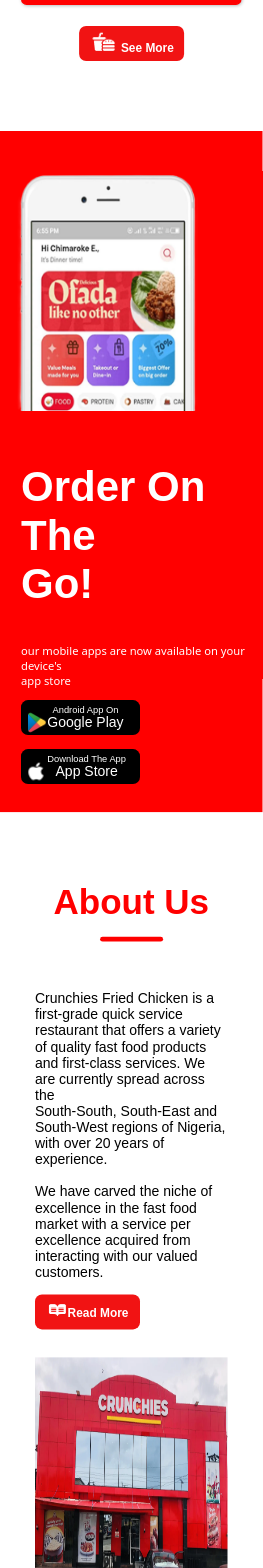
Repository: trenzyfx1/crunches-online-
Page: index.html
The author's editor kept a copy of each file at every save. The page is drawn from the files as they stood at one save, then again after the next save.
The browser window is 375 px wide. The pictures show the part of the page from y = 3023 to 5263 px (the page is 9160 px tall before and 8756 px after), at 70% of full size.

Above is the page before, as saved 2025-04-13 17:25:33.

### index.html
<!DOCTYPE html>
<html lang="en">

<head>
    <meta charset="UTF-8">
    <meta name="viewport" content="width=device-width, initial-scale=1.0">
    <link rel="icon" href="./images/logo-red.webp" type="image">
    <link rel="stylesheet" href="./style.css">
    <title>Crunches Fried Chicken | Order food online</title>
</head>

<body class="full-body">
    <header class="desktop-header">
        <nav>
            <div class="logo">
                <div>
                    <a href="#"><img width="80px" src="./images/logo-red.webp" alt=""></a>
                </div>
                <div class="logo2">
                    <div class="location">
                        <img width="20px" src="./images/location.png" alt="">
                    </div>
                    <div>
                        <h4>Port Harcourt</h4>
                    </div>
                </div>
            </div>
            <div class="menu">
                <ul>
                    <li><a href="">home</a></li>
                    <li><a href="">menu</a></li>
                    <li><a href="">offers</a></li>
                    <li><a href="">fan club</a></li>
                    <li><a href="">blog</a></li>
                    <li><a href="">about us</a></li>
                    <li><a href="">my account</a></li>
                    <li><a href="">support</a></li>
                </ul>
                <div>
                    <button class="order-now" type="button">order now</button>
                </div>
                <div class="cart">
                    <img width="30px" src="./images/cart.png" alt="">
                </div>
            </div>
        </nav>
    </header>
    <header class="mobile-header">
        <nav class="nav1">
            <div class="logo">
                <div>
                    <a href="#"><img width="80px" src="./images/logo-red.webp" alt=""></a>
                </div>
            </div>
            <div class="menu-icon" id="menu-icon">
                <div class="line"></div>
                <div class="line"></div>
                <div class="line"></div>
            </div>
            <div class="menu" id="menu">
                <ul>
                    <li><a href="">blog</a></li>
                    <li><a href="">home</a></li>
                    <li><a href="">menu</a></li>
                    <li><a href="">offers</a></li>
                    <li><a href="">support</a></li>
                    <li><a href="">fan club</a></li>
                    <li><a href="">about us</a></li>
                    <li><a href="">my account</a></li>
                </ul>
                <div class="order-now1">
                    <button class="order-now" type="button">order now</button>
                </div>
                <div class="cart">
                    <img width="30px" src="./images/cart.png" alt="">
                </div>
            </div>
        </nav>
    </header>
    <section>
        <div class="head">
            <div class="section1">
                <div>
                    <h3 class="welcome">welcome to <span>Crunchies!</span></h3>
                    <h1>Taste the Difference...</h1>
                </div>
                <div>
                    <p>how would you like to receive your order? </p>
                    <div class="button1">
                        <button class="delivery" type="button">
                            <img class="delivery-img" width="40%" src="./images/Capture.PNG" alt="">
                            <br>delivery
                        </button>
                        <button class="pickup" type="button">
                            <img class="pickup-img" width="33%" src="./images/Capture1.PNG" alt="">
                            <br>pickup
                        </button>
                    </div>
                </div>
            </div>
            <div>
                <img class="woman" src="./images/woman.PNG" alt="">
            </div>
        </div>
    </section>
    <section class="discover">
        <h1 class="h1">discover our menu</h1>
        <div class="underline"></div>
        <div class="section2">
            <div class="food-section">
                <img class="foods" src="./images/food.jpg" alt="">
                <h1>food</h1>
            </div>
            <div class="food-section">
                <img class="foods" src="./images/protein.jpg" alt="">
                <h1>protein</h1>
            </div>
            <div class="food-section">
                <img class="foods" src="./images/pastries.jpg" alt="">
                <h1>pastries</h1>
            </div>
        </div>
        <div class="section2 s2">
            <div class="food-section">
                <img class="foods" src="./images/cakes.jpg" alt="">
                <h1>cakes</h1>
            </div>
            <div class="food-section">
                <img class="foods" src="./images/sharwama.jpg" alt="">
                <h1>sharwama</h1>
            </div>
            <div class="food-section">
                <img class="foods" src="./images/bread.jpg" alt="">
                <h1>bread</h1>
            </div>
        </div>
        <div class="see-more1">
            <button class="see-more" type="button">
                <img class="see-more-img" width="30%" src="./images/drink.png" alt="">
                see more
            </button>
        </div>
    </section>
    <section class="section3">
        <div class="phone1">
            <img class="phone" src="./images/phone.png" alt="">
        </div>
        <div class="order1">
            <h1 class="h1-1">order on the <br> go!</h1>
            <h1 class="h1-2">order on the go!</h1>
            <p>our mobile apps are now available on your device's <br> app store</p>
            <div>
                <div class="download">
                    <div>
                        <button class="playstore" type="button">
                            <img class="playstore-img" width="20%" src="./images/playstore.png" alt="">
                            <div>
                                android app on
                                <br><span class="span2">google play</span>
                            </div>
                        </button>
                    </div>
                    <div>
                        <button class="apple" type="button">
                            <img width="20%" class="apple-img" src="./images/apple.png" alt="">
                            <div>
                                download the app
                                <br><span class="span2">app store</span>
                            </div>
                        </button>
                    </div>
                </div>
            </div>
        </div>
    </section>
    <section class="about-us">
        <h1 class="h1">about us</h1>
        <div class="underline"></div>
        <div class="section4">
            <div  class="products">
                <div>
                    <p>
                        Crunchies Fried Chicken is a first-grade quick service <br> restaurant that offers a variety of
                        quality
                        fast
                        food products <br> and first-class services. We are currently spread across the <br>
                        South-South,
                        South-East and
                        South-West regions of Nigeria, <br> with over 20 years of experience. <br><br>
                        We have carved the niche of excellence in the fast food <br> market with a service per
                        excellence
                        acquired
                        from <br> interacting with our valued customers.
                    </p>
                </div>
                <div>
                    <button class="shop-button" type="button">
                        <img width="30px" class="sbutton-img" src="./images/read.png" alt="">read more
                    </button>
                </div>
            </div>
            <div class="shop">
                <img class="shop-img" src="./images/shop.webp" alt="">
            </div>
        </div>
    </section>
    <section class="section5">
        <div class="eat-section">
            <img class="section5-img" src="./images/woman2.png" alt="">
        </div>
        <div class="eat-section">
            <img class="section5-img" src="./images/chicken.png" alt="">
        </div>
        <div class="eat-section">
            <img class="section5-img" src="./images/woman3.jpg" alt="">
        </div>
        <div class="eat-section">
            <img class="section5-img" src="./images/car.jpg" alt="">
        </div>
    </section>
    <section class="section6">
        <div>
            <img class="food2" src="./images/food2.png" alt="">
            <div class="first">
                <h1>Subsribe to our Newsletter</h1>
                <p>Be the first to get lucky on our amazing offers</p>
            </div>
        </div>
        <div class="email">
            <input type="text" placeholder="Email Address">
            <div><button class="subsribe" type="button">subsribe now</button></div>
        </div>
    </section>
    <footer>
        <div class="footer">
            <div class="Crunches">
                <img width="180px" src="./images/logo-white.webp" alt="">
                <h1>opening hours</h1>
                <p>mondays to sundays <br> 7:00am to 9:00pm</p>
                <h1>contact us</h1>
                <p>rolemodel987@gmail.com <br> +2347047889687</p>
            </div>
            <div class="quick">
                <div>
                    <h1>quick navigation</h1>
                    <ul>
                        <li><a href="">careers</a></li>
                        <li><a href="">fan club</a></li>
                        <li><a href="">offers</a></li>
                        <li><a href="">privacy policy</a></li>
                        <li><a href="">terms and condition</a></li>
                    </ul>
                </div>
                <div>
                    <div>
                        <h1>find us here</h1>
                    </div>
                    <div class="igs">
                        <div>
                            <img class="logo3" src="./images/ig.png" alt="">
                        </div>
                        <div>
                            <img class="logo3" src="./images/fb.png" alt="">
                        </div>
                        <div>
                            <img class="logo3" src="./images/in.png" alt="">
                        </div>
                        <div>
                            <img class="logo3" src="./images/x.png" alt="">
                        </div>
                        <div>
                            <img class="logo3" src="./images/tiktok.png" alt="">
                        </div>
                    </div>
                </div>
            </div>
            <div class="feedback">
                <h1>tell us how we're doing...</h1>
                <p>your feedback is valuable to us</p>
                <button class="submit" type="button">
                    <div>submit feedback</div> <img width="25px" src="./images/3star.png" alt="">
                </button>
            </div>
        </div>
        <div class="dear">
            <p>
                Dear customer, online order services are unavailable at this time. Our services will be active from 8am
                to 6pm. Thank you!
            </p>
        </div>
    </footer>

    <script src="./mobile.js"></script>
</body>

</html>

### style.css
body {
    width: 100%;
    margin: 0;
    padding: 0;
    overflow-x: hidden;
    height: 100vh;
    /* color: #fff; */
    /* font-family: 'Space Grotesk', sans-serif; */
    transition: background-color 0.3s, color 0.3s;
    scroll-behavior: smooth;
    /* background-color: #0a0a0a; */
}

header {
    position: fixed;
    top: 0;
    left: 0;
    height: 130px;
    width: 100%;
    z-index: 1000;
    box-shadow: 0 2px 5px rgb(0, 0, 0, 0.1);
    background-color: #fff;
}

.mobile-header {
    display: none;
}

nav {
    display: flex;
    flex-direction: row;
    justify-content: space-between;
    padding: 40px;
}

.logo2 {
    display: flex;
    flex-direction: row;
}

.logo {
    display: flex;
    flex-direction: row;
    gap: 50px;
}

.location {
    margin-top: 20px;
}

.menu {
    display: flex;
    flex-direction: row;
    gap: 50px;
}

.menu ul {
    display: flex;
    flex-direction: row;
    justify-content: space-around;
    gap: 20px;
}

.menu ul li {
    list-style: none;
}


.desktop-header .menu ul li a {
    display: inline-block;
    border-radius: 8px;
    font-family: sans-serif;
    font-weight: 550;
    text-decoration: none;
    color: red;
    text-transform: capitalize;
    padding: 10px;
    box-shadow: 1px 1px 5px rgba(0, 0, 0, 0.3);
    transition: transform 0.3s ease;
}

a:hover {
    transform: scale(1.15);
    box-shadow: 5px 5px 15px rgba(0, 0, 0, 0.5);
}


.mobile-header li:hover {
    transform: scale(1.02);
    box-shadow: 5px 5px 15px rgba(0, 0, 0, 0.5);
}

.order-now {
    border: none;
    border-radius: 10px;
    background-color: red;
    color: #fff;
    height: 48px;
    width: 150px;
    cursor: pointer;
    transition: background-color 0.5s ease, transform 0.3s ease;
    text-transform: capitalize;
    font-size: 17px;
    font-weight: bold;
}

button:hover {
    background-color: #000;
    color: red;
    transform: scale(1.01);
    box-shadow: 5px 5px 10px rgba(0, 0, 0, 0.5);
}

.mobile-header .order-now:hover {
    background-color: #fff;
    color: red;
    transform: scale(1.01);
    box-shadow: 5px 5px 10px rgba(0, 0, 0, 0.5);
}

.order-now,
.cart {
    margin-top: 10px;
}

.section1 {
    padding-left: 40px;
    padding-top: 100px;
}

.head {
    padding-top: 160px;
    padding-bottom: 70px;
    display: flex;
    flex-direction: row;
    justify-content: space-between;
}


.welcome {
    font-size: 35px;
    font-family: sans-serif;
    font-weight: lighter;
    color: red;
    line-height: 0;
}

.welcome span {
    font-weight: bold;
    text-transform: uppercase;
}

.section1 {
    display: flex;
    flex-direction: column;
    gap: 50px;
}

.section1 h1 {
    font-size: 100px;
    color: red;
    font-family: sans-serif;
    line-height: 0.9;
    margin: 0;

}

.section1 p {
    color: red;
    font-family: sans-serif;
}

.delivery,
.pickup {
    border: none;
    border-radius: 10px;
    background-color: rgb(241, 19, 19);
    color: #fff;
    height: 115px;
    width: 170px;
    cursor: pointer;
    transition: background-color 0.5s ease, transform 0.3s ease;
    text-transform: capitalize;
    font-size: 17px;
    font-weight: bold;
}

.delivery-img,
.pickup-img,
.see-more-img,
.apple-img,
.sbutton-img,
.logo3 {
    filter: invert(1) brightness(2);
}

.button1 {
    display: flex;
    gap: 30px;
}

.h1 {
    display: flex;
    justify-content: center;
    font-size: 50px;
    text-transform: capitalize;
    color: red;
    font-family: sans-serif;
    font-weight: bold;
    margin: 20px;
}

.underline {
    margin: auto;
    width: 90px;
    height: 7px;
    background-color: red;
    border-radius: 8px;

}

.section2 {
    margin-top: 50px;
    padding: 30px;
    display: flex;
    justify-content: center;
    text-align: center;
    flex-direction: row;
    gap: 40px;
    flex-wrap: wrap;


}

.food-section {
    display: block;
    border: 2px solid red;
    border-radius: 8px;
    background-color: red;
    font-family: sans-serif;
    color: #fff;
    text-transform: capitalize;
    box-shadow: 1px 1px 5px rgba(0, 0, 0, 0.3);
    transition: transform 0.3s ease;
}

.food-section:hover {
    transform: scale(1.05);
    box-shadow: 5px 5px 15px rgba(0, 0, 0, 0.5);
}

.foods {
    height: 180px;
    width: 300px;
}

.s2 {
    margin-top: -15px;
}

.see-more {
    border: none;
    border-radius: 10px;
    background-color: rgb(241, 19, 19);
    color: #fff;
    height: 50px;
    width: 150px;
    cursor: pointer;
    transition: background-color 0.5s ease, transform 0.3s ease;
    text-transform: capitalize;
    font-size: 17px;
    font-weight: bold;
}

.see-more1 {
    display: flex;
    justify-content: center;
}

.section3 {
    display: flex;
    flex-direction: row;
    justify-content: center;
    gap: 40px;
    background-color: red;
    margin: 100px 0;
    max-width: 100%;
}

.section3 .h1-2 {
    display: none;
}

.phone {
    height: 400px;
    width: 400px;
    margin: 0;
    padding: 0;
}

.phone1 {
    margin: 0;
    padding: 0;
}

.order1 {
    margin-top: 20px;
    padding: 0;
}

.order1 h1 {
    font-size: 60px;
    font-family: sans-serif;
    text-transform: capitalize;
    color: #fff;
}

.order1 p {
    color: #fff;
}

.playstore,
.apple {
    border: none;
    border-radius: 10px;
    background-color: #000;
    color: #fff;
    height: 50px;
    width: 170px;
    cursor: pointer;
    transition: background-color 0.5s ease, transform 0.3s ease;
    text-transform: capitalize;
    display: flex;
    align-items: center;

}

.playstore:hover,
.apple:hover {
    background-color: #fff;
    color: #000;
    transform: scale(1.01);
    box-shadow: 5px 5px 10px rgba(0, 0, 0, 0.5);
}


.playstore-img,
.apple-img {
    margin-top: 15px;
    padding: 0;
}

.span2 {
    font-size: 20px;
}

.download {
    display: flex;
    flex-direction: row;
    gap: 20px;
    flex-wrap: wrap;
}

.section4 {
    display: flex;
    flex-direction: row;
    justify-content: center;
    gap: 40px;
    padding: 50px;

}

.shop {
    display: flex;
    justify-content: center;
}

.shop-img {
    height: 400px;
}

.section4 p {
    font-family: sans-serif;
}

.shop-button {
    border: none;
    border-radius: 10px;
    background-color: rgb(241, 19, 19);
    color: #fff;
    height: 50px;
    width: 150px;
    cursor: pointer;
    transition: background-color 0.5s ease, transform 0.3s ease;
    text-transform: capitalize;
    font-size: 17px;
    font-weight: bold;
}

.section5-img {
    height: 400px;
    width: 100%;
    display: block;
    object-fit: cover;
    border-radius: 12px;
}

.section5 {
    background-color: #ffb6c1;
    margin-top: 50px;
    padding: 30px;
    display: flex;
    justify-content: center;
    flex-direction: row;
    gap: 40px;
    flex-wrap: wrap;
}

.eat-section {
    transition: transform 0.3s ease;
    cursor: pointer;
}

.eat-section:hover {
    transform: scale(1.05);
}

.section6 {
    background-color: #fcd3d9;
    padding: 40px;
}

.food2 {
    height: 200px;
    margin-left: 43%;
}

.first {
    text-align: center;
}

.section6 h1,
p {
    font-family: system-ui, -apple-system, BlinkMacSystemFont, 'Segoe UI', Roboto, Oxygen, Ubuntu, Cantarell, 'Open Sans', 'Helvetica Neue', sans-serif;

}

.section6 h1 {
    font-size: 40px;

}

.email {
    position: relative;
    margin: auto;
    display: flex;
    justify-content: center;
}

.email input {
    width: 700px;
    border-radius: 40px;
    height: 60px;
    border: none;
    outline: none;
    padding: 6px;
}

.subsribe {
    position: absolute;
    top: 8%;
    right: 27%;
    /* transform: translateY(-50%); */
    border: none;
    border-radius: 40px;
    background-color: rgb(241, 19, 19);
    color: #fff;
    height: 60px;
    width: 150px;
    cursor: pointer;
    transition: background-color 0.5s ease, transform 0.3s ease;
    text-transform: capitalize;
    font-size: 17px;
    font-weight: bold;
}

footer {
    background-color: rgb(241, 19, 19);
    padding-top: 40px;
    /* padding-bottom: 20px; */
    color: #fff;
    font-family: sans-serif;
    text-transform: capitalize;
}

.footer {
    display: flex;
    flex-direction: row;
    justify-content: space-between;
    padding: 0 30px;

}

.logo3 {
    height: 30px;
    cursor: pointer;
}

.igs {
    display: flex;
    gap: 10px;
}

footer li {
    list-style: none;
}

footer a {
    text-decoration: none;
    color: #fff;
    font-family: sans-serif;
    text-align: center;
    line-height: 2;
}

.quick {
    display: flex;
    flex-direction: column;
    gap: 30px;
}

.submit {
    border: none;
    border-radius: 40px;
    background-color: #fff;
    color: rgb(241, 19, 19);
    height: 60px;
    width: 200px;
    cursor: pointer;
    transition: background-color 0.5s ease, transform 0.3s ease;
    text-transform: capitalize;
    font-size: 17px;
    font-weight: bold;
    align-items: center;
    display: flex;
    justify-content: center;
}

.feedback {
    display: flex;
    flex-direction: column;
    gap: 30px;
}


.dear {
    padding-top: 40px;
    display: flex;
    justify-content: center;
}

.mobile-header .menu-icon .line {
    width: 30px;
    height: 4px;
    background-color: #000;
    margin: 5px;
}

.mobile-header .menu ul {
    display: flex;
    flex-direction: column;
    gap: 10px;
    justify-content: left;
}

.mobile-header .menu li {
    text-align: center;
    background-color: #fff;
    border-radius: 8px;
    padding: 10px;
    box-shadow: 1px 1px 5px rgba(0, 0, 0, 0.3);
    transition: transform 0.3s ease;
    margin-right: 50px;
}

.mobile-header .order-now {
    background-color: black;
}

.mobile-header .menu li a {
    text-transform: capitalize;
    text-decoration: none;
    color: #000;
    font-family: sans-serif;
    font-weight: 550;
}

.mobile-header .menu {
    display: none;
    flex-direction: column;
    padding: 10px 20px;
    margin: 0;
    background-color: red;
    /* width: 100%; */
    border-radius: 5px;
}

@media(max-width:768px) {

    .full-body {
        max-width: 100%;
    }

    .desktop-header {
        display: none;
    }

    .mobile-header {
        display: flex;
        flex-direction: column;
        justify-content: space-between;
        width: 100%;
    }

    .mobile-header .nav1 {
        display: flex;
        flex-direction: row;
        justify-content: space-between;
    }


    .mobile-header .menu.active {
        display: flex;
    }

    .menu {
        position: absolute;
        top: 100px;
        right: 0;
        gap: 10px;
    }

    .mobile-header .order-now1 {
        display: flex;
        justify-content: center;
    }

    .head {
        display: flex;
        flex-direction: column;
    }

    .download {
        display: flex;
        flex-direction: column;
    }

    .phone1 {
        margin-top: 150px;
    }

    .section3 .h1-1 {
        display: none;
    }

    .section3 .h1-2 {
        display: flex;
        font-size: 65px;
    }

    .order1 {
        margin-right: 10px;
    }

    .section4 {
        display: flex;
        flex-direction: column;
    }

    .products {
        margin: auto;
    }

    .products p {
        font-size: 20px;
    }

    .food2 {
        margin: auto;
        display: flex;
    }

    .subsribe {
        right: 7px;
    }

}

@media(max-width:480px) {

    .full-body {
        max-width: 100%;
    }


    .desktop-header {
        display: none;
    }

    .mobile-header {
        display: flex;
        flex-direction: column;
        justify-content: space-between;
    }

    .mobile-header nav {
        display: flex;
        flex-direction: row;
        justify-content: space-between;
        /* gap: 150px; */
    }

    .menu-icon {
        margin: 0;
    }

    .logo {
        gap: 10px;
    }


    .menu {
        gap: 10px;
        position: absolute;
        top: 100px;
        right: 0;
        width: 50%;
    }


    .mobile-header .menu.active {
        display: flex;
    }

    .mobile-header .order-now1 {
        margin-right: 10px;
    }


    .section1 h1 {
        font-size: 15vw !important;
    }


    .head {
        display: flex;
        flex-direction: column;
        padding-top: 70px;
    }

    .head h1 {
        font-size: 60px;
    }

    .head h3 {
        font-size: 20px;
    }

    .woman {
        width: 90%;
        margin-left: 30px;
    }

    .button1 {
        flex-wrap: wrap;
    }

    .discover .h1 {
        font-size: 40px;
    }

    .order1 {
        margin-left: 30px;
    }

    .phone1 {
        margin: 0;
    }

    .phone {
        width: 300px;
    }

    .download {
        display: flex;
        flex-direction: row;
    }

    .section3 {
        display: flex;
        flex-direction: column;
        gap: 0;
        padding-bottom: 40px;
    }

    .section3 .h1-2 {
        display: none;
    }


    .section3 .h1-1 {
        display: flex;
    }

    .email {
        display: none;
    }

    .food-section, .food-section img {
        width: 100%;
        display: block;
        object-fit: cover;
    }


    .section4 {
        display: flex;
        flex-direction: column;
    }

    .shop-img {
        width: 100%;
    }

    .food2 {
        margin: auto;
        display: flex;
    }

    .subsribe {
        left: 60%;
    }

    .footer {
        display: flex;
        flex-direction: column;
        gap: 40px;
    }

    .dear {
        width: 90%;
        margin-left: 30px;
    }
}

### mobile.js
document.addEventListener("DOMContentLoaded", () => {
    const menuIcon = document.getElementById ("menu-icon");
    const menu = document.getElementById("menu");


    menuIcon.addEventListener("click", function() {
        menu.classList.toggle("active");

    });
});

After the next save:
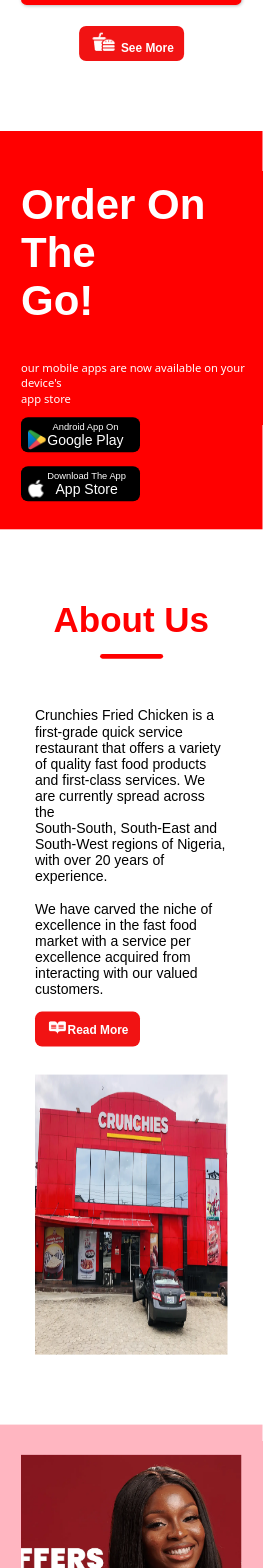
Saved 46 s later.
--- a/style.css
+++ b/style.css
@@ -784,7 +784,7 @@
     }
 
     .phone1 {
-        margin: 0;
+        display: none;
     }
 
     .phone {
